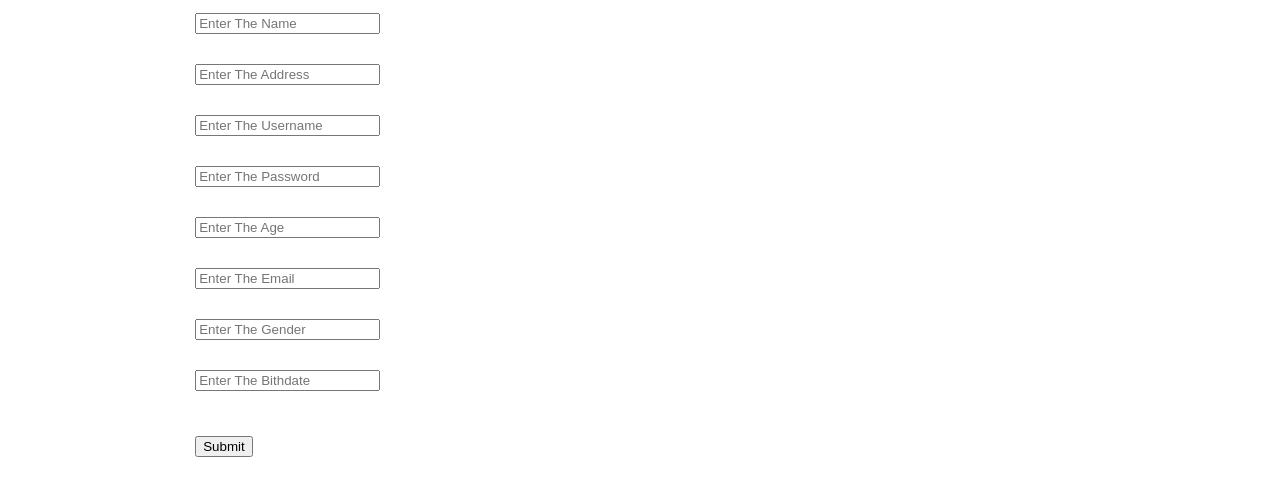
Repository: pankajpasalkar9547/Backup
Page: http://localhost/HealthInsuranceProjects/userRegister.jsp
An editor plug-in stored every save of this project. The page is shown before and after the next save, followed by the edit.
The browser window is 1280 px wide. The pictures show the whole page.
The page is served by Tomcat 9.

Above is the page before, as saved 2019-12-05 06:34:00.

After the next save:
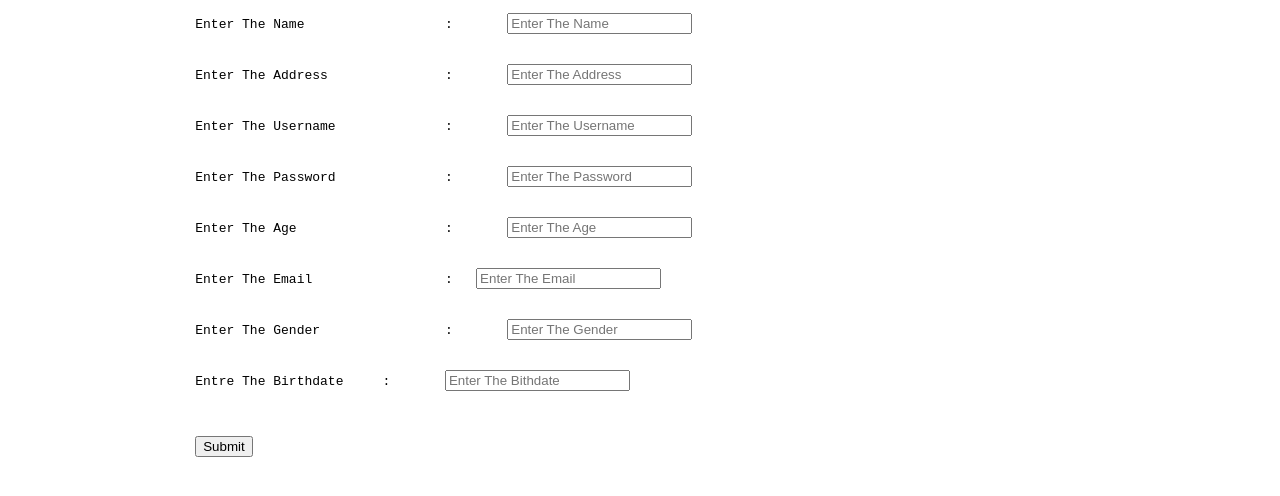
Saved 3 min 42 s later.
--- a/HealthInsuranceProjects/WebContent/userRegister.jsp
+++ b/HealthInsuranceProjects/WebContent/userRegister.jsp
@@ -9,14 +9,14 @@
 <body>
 	<form action="CustomerController" method="post">
 		<pre>
-			<input type="text" name="name" placeholder="Enter The Name "/><br><br>
-			<input type="text" name="address" placeholder="Enter The Address "/><br><br>
-			<input type="text" name="username" placeholder="Enter The Username "/><br><br>
-			<input type="text" name="password" placeholder="Enter The Password "/><br><br>
-			<input type="number" name="age" placeholder="Enter The Age "/><br><br>
-			<input type="email" name="email" placeholder="Enter The Email "/><br><br>
-			<input type="text" name="gender" placeholder="Enter The Gender "/><br><br>
-			<input type="text" name="birthdate" placeholder="Enter The Bithdate "/><br><br>
+			Enter The Name 			:	<input type="text" name="name" placeholder="Enter The Name "/><br><br>
+			Enter The Address 		:	<input type="text" name="address" placeholder="Enter The Address "/><br><br>
+			Enter The Username 		: 	<input type="text" name="username" placeholder="Enter The Username "/><br><br>
+			Enter The Password 		:	<input type="text" name="password" placeholder="Enter The Password "/><br><br>
+			Enter The Age 			: 	<input type="number" name="age" placeholder="Enter The Age "/><br><br>
+			Enter The Email 		:   <input type="email" name="email" placeholder="Enter The Email "/><br><br>
+			Enter The Gender 		:	<input type="text" name="gender" placeholder="Enter The Gender "/><br><br>
+			Entre The Birthdate 	:	<input type="text" name="birthdate" placeholder="Enter The Bithdate "/><br><br>
 
 			<input type="submit" value="Submit"/>
 		</pre>
